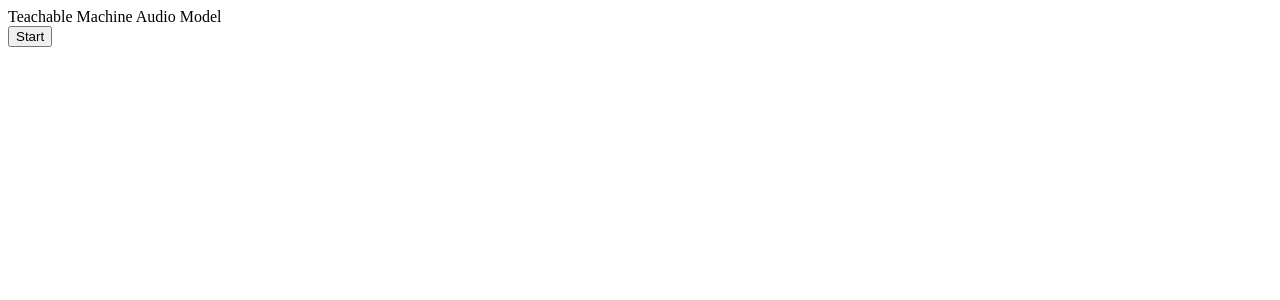
Repository: Krishna-bansall/ai-pong
Page: audio.html
The author's editor kept a copy of each file at every save. The page is drawn from the files as they stood at one save, then again after the next save.
The browser window is 1280 px wide. The pictures show the whole page.

Above is the page before, as saved 2023-05-26 11:15:37.

### audio.html
<!DOCTYPE html>
<html lang="en">
  <head>
    <meta charset="UTF-8" />
    <meta http-equiv="X-UA-Compatible" content="IE=edge" />
    <meta name="viewport" content="width=device-width, initial-scale=1.0" />
    <script src="https://cdn.jsdelivr.net/npm/@tensorflow/tfjs@1.3.1/dist/tf.min.js"></script>
    <script src="https://cdn.jsdelivr.net/npm/@tensorflow-models/speech-commands@0.4.0/dist/speech-commands.min.js"></script>
    <title>Document</title>
  </head>

  <body>
    <div>Teachable Machine Audio Model</div>
    <button type="button" onclick="init()">Start</button>
    <div id="label-container"></div>
    <script type="text/javascript">
      // more documentation available at
      // https://github.com/tensorflow/tfjs-models/tree/master/speech-commands

      // the link to your model provided by Teachable Machine export panel
      const URL = "https://teachablemachine.withgoogle.com/models/MO66fbMrO/";

      if (navigator.mediaDevices && navigator.mediaDevices.getUserMedia) {
        // Request access to the microphone
        navigator.mediaDevices
          .getUserMedia({ audio: true })
          .then(function (stream) {
            // Microphone access granted
            // You can now use the stream object to process the audio data
            console.log("Microphone access granted");
          })
          .catch(function (error) {
            // Microphone access denied or error occurred
            console.error("Error accessing microphone:", error);
          });
      } else {
        console.error("getUserMedia not supported in this browser");
      }

      async function createModel() {
        const checkpointURL = URL + "model.json"; // model topology
        const metadataURL = URL + "metadata.json"; // model metadata

        const recognizer = speechCommands.create(
          "BROWSER_FFT", // fourier transform type, not useful to change
          undefined, // speech commands vocabulary feature, not useful for your models
          checkpointURL,
          metadataURL
        );

        // check that model and metadata are loaded via HTTPS requests.
        await recognizer.ensureModelLoaded();

        return recognizer;
      }

      async function init() {
        const recognizer = await createModel();
        const classLabels = recognizer.wordLabels(); // get class labels
        const labelContainer = document.getElementById("label-container");
        for (let i = 0; i < classLabels.length; i++) {
          labelContainer.appendChild(document.createElement("div"));
        }

        // listen() takes two arguments:
        // 1. A callback function that is invoked anytime a word is recognized.
        // 2. A configuration object with adjustable fields
        recognizer.listen(
          (result) => {
            const scores = result.scores; // probability of prediction for each class
            // render the probability scores per class
            for (let i = 0; i < classLabels.length; i++) {
              const classPrediction =
                classLabels[i] + ": " + result.scores[i].toFixed(2);
              labelContainer.childNodes[i].innerHTML = classPrediction;
            }
          },
          {
            includeSpectrogram: true, // in case listen should return result.spectrogram
            probabilityThreshold: 0.75,
            invokeCallbackOnNoiseAndUnknown: true,
            overlapFactor: 0.5, // probably want between 0.5 and 0.75. More info in README
          }
        );

        // Stop the recognition in 5 seconds.
        // setTimeout(() => recognizer.stopListening(), 5000);
      }
    </script>
  </body>
</html>

After the next save:
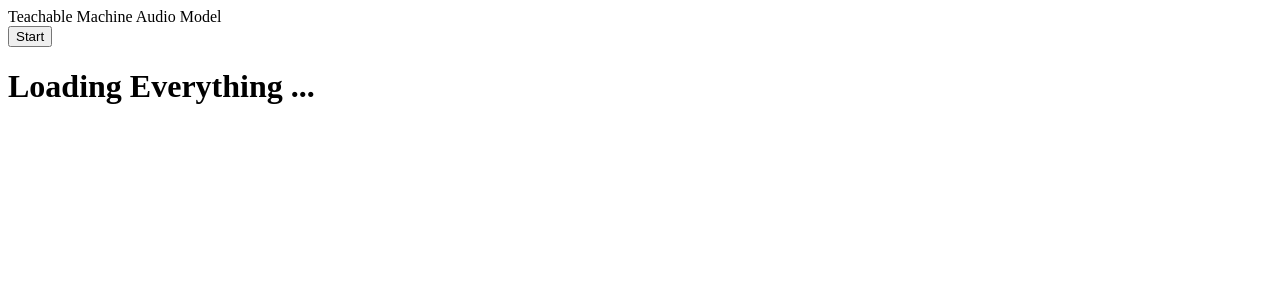
Saved 12 min 10 s later.
--- a/audio.html
+++ b/audio.html
@@ -12,6 +12,7 @@
   <body>
     <div>Teachable Machine Audio Model</div>
     <button type="button" onclick="init()">Start</button>
+    <h1>Loading Everything ...</h1>
     <div id="label-container"></div>
     <script type="text/javascript">
       // more documentation available at
